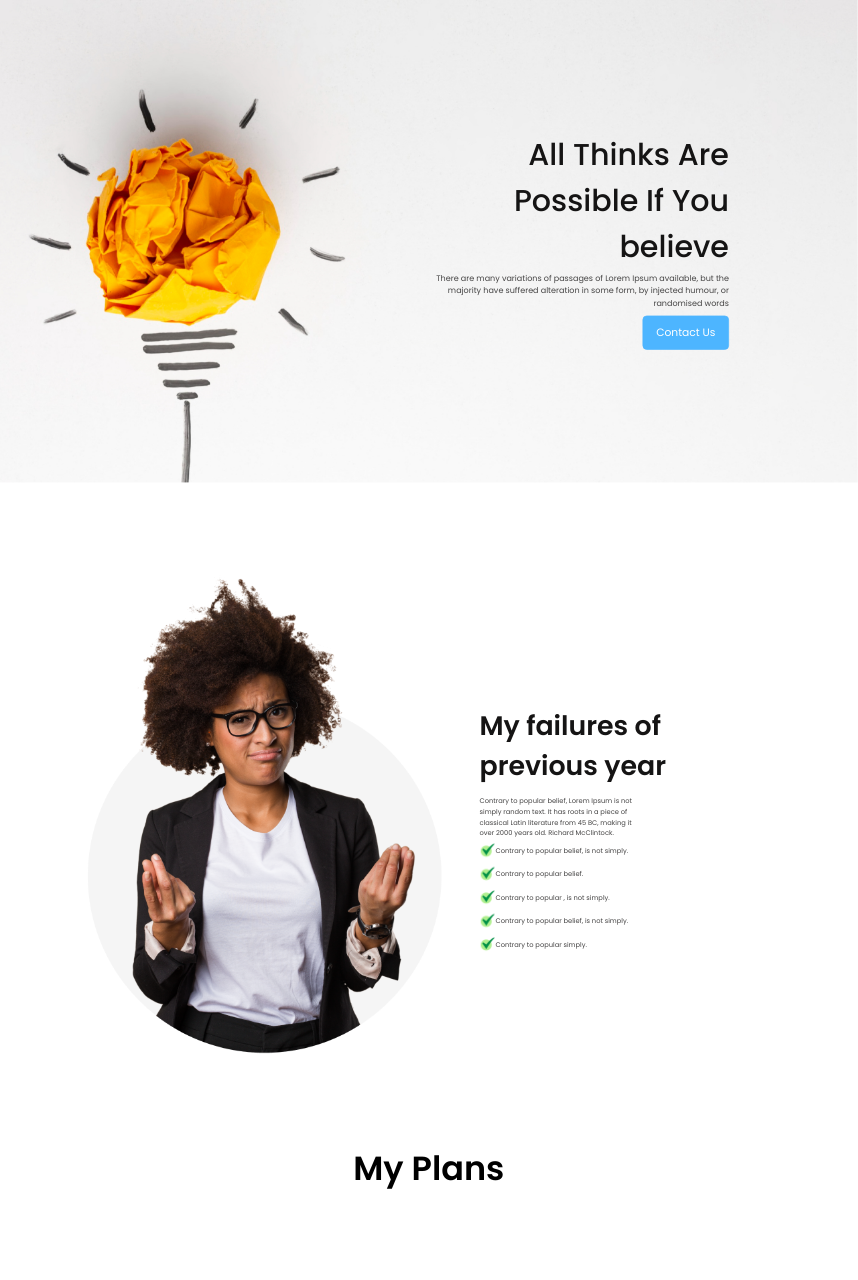
Repository: mdrubel02/new-year-new-mission
Page: index.html
An editor plug-in stored every save of this project. The page is shown before and after the next save, followed by the edit.
The browser window is 1280 px wide. The pictures show the whole page, at 67% of full size.

Above is the page before, as saved 2023-01-06 23:22:43.

### index.html
<!DOCTYPE html>
<html lang="en">

<head>
    <meta charset="UTF-8">
    <meta http-equiv="X-UA-Compatible" content="IE=edge">
    <meta name="viewport" content="width=device-width, initial-scale=1.0">
    <title>new-year-new-mission</title>
    <!-------- css link ---------->
    <link rel="stylesheet" href="/index.css">
</head>

<body>
    <header>
        <!--------- banner section --------->
        <section class="banner_section ">
            <div class="banner">
                <h1>All Thinks Are Possible If You believe</h1>
                <p>There are many variations of passages of Lorem Ipsum available, but the majority have suffered
                    alteration in some form, by injected humour, or randomised words</p>
                <a href="" class="btn btn-primary">Contact Us</a>
            </div>
        </section>
    </header>
    <!------------------ experience section---------------- -->
    <section class="container">
        <div class="experience_section">
            <div class="experience_left">
                <img src="./images/person.png" alt="">
            </div>
            <div class="experience_right">
                <h1>My failures of previous year</h1>
                <p>Contrary to popular belief, Lorem Ipsum is not simply random text. It has roots in a piece of classical Latin literature from 45 BC, making it over 2000 years old. Richard McClintock.</p>
                <ul>
                    <li class="experience-item"><span><img src="/images/check-mark.png" alt=""></span> <p>Contrary to popular belief, is not simply.</p></li>
                    <li class="experience-item"><span><img src="/images/check-mark.png" alt=""></span> <p>Contrary to popular belief.</p></li>
                    <li class="experience-item"><span><img src="/images/check-mark.png" alt=""></span> <p>Contrary to popular , is not simply.</p></li>
                    <li class="experience-item"><span><img src="/images/check-mark.png" alt=""></span> <p>Contrary to popular belief, is not simply.</p></li>
                    <li class="experience-item"><span><img src="/images/check-mark.png" alt=""></span> <p>Contrary to popular simply.</p></li>
                </ul>
            </div>
        </div>

    </section>
    <!---------------- my plans section-------------->
    <section class="container">
        <h1 class="title">My Plans</h1>
        <div class="my_plans_section">
            <div></div>
        </div>

    </section>
</body>

</html>

### index.css
/* =====GOOGLE FONTS====== */
@import url('https://fonts.googleapis.com/css2?family=Poppins:wght@300;400;500;600&display=swap');

/* =====COMMON STYLES====== */
* {
    margin: 0;
    padding: 0;
    border: 0;
    outline: 0;
    list-style: none;
    text-decoration: none;
}

body {
    font-family: 'Poppins', sans-serif;
}

h1,h2,h3,h4,h5,h6 {
    font-weight: 500;
}

.container {
    max-width: 1200px;
    margin: 0 auto;
    margin-top: 10%;
    margin-bottom: 10%;
    padding: 0 30px;
    box-sizing: border-box;
}

a {
    color: #fff;
    transition: all 400ms ease;
}

a:hover {
    color: #fff;
}

.btn {
    text-align: center;
    width: max-content;
    display: inline-block;
    color: #fff;
    padding: 0.75rem 1.2rem;
    border-radius: 0.4rem;
    border: 1px solid #4db5ff;
    transition: all 400ms ease;
}

.btn:hover {
    background: #fff;
    color: #4db5ff;
    border: 1px solid #4db5ff;
}

.btn-primary {
    background: #4db5ff;
    color: #fff;
}

/* ========= Banner section ============== */
.banner_section{
    background-image: url(/images/banner/banner1.png);
    background-repeat: no-repeat;
    background-size: cover;
    background-position: center center;
    height: 100vh;
    width: 100%;
    position: relative;
    z-index: 1;
    display: flex;
    flex-direction: column;
    justify-content: center;
    align-items: flex-end;
    text-align: center;
}
.banner{
    width: 35%;
   margin-top: -0%;
   position: absolute;
   right: 15%;
   display: flex;
   flex-direction: column;
   justify-content: end;
   align-items: flex-end;
}
.banner h1{
    font-size: 45px;
    color: #151414;
    text-align: end;
}
.banner p{
    color: #444343;
    font-size: 12px;
    text-align: end;
    padding-top: 5px;
    padding-bottom: 10px;
}


/* =========== experience section ================== */
.experience_section{
    display: flex;
    justify-content: space-evenly;
    align-items: center;
}
.experience_right{
    width: 40%;
    margin-top: 5%;
}
.experience_right h1{
    font-weight: 700;
    font-size: 40px;
    padding-bottom: 10px;
    color: #151414;
}
.experience_right p{
    width: 50%;
    font-size: 10px;
    color: #444343;
    padding-top: 5px;
    padding-bottom: 5px;
}
.experience-item{
    display: flex;
    padding-bottom: 4px;
}
.experience-item span img{
    height: 24px;
    width: 24px;
}
/* ================= my plans section================ */
.title{
    text-align: center;
    font-size: 50px;
    font-weight: 700;

}
.my_plans_section{}

After the next save:
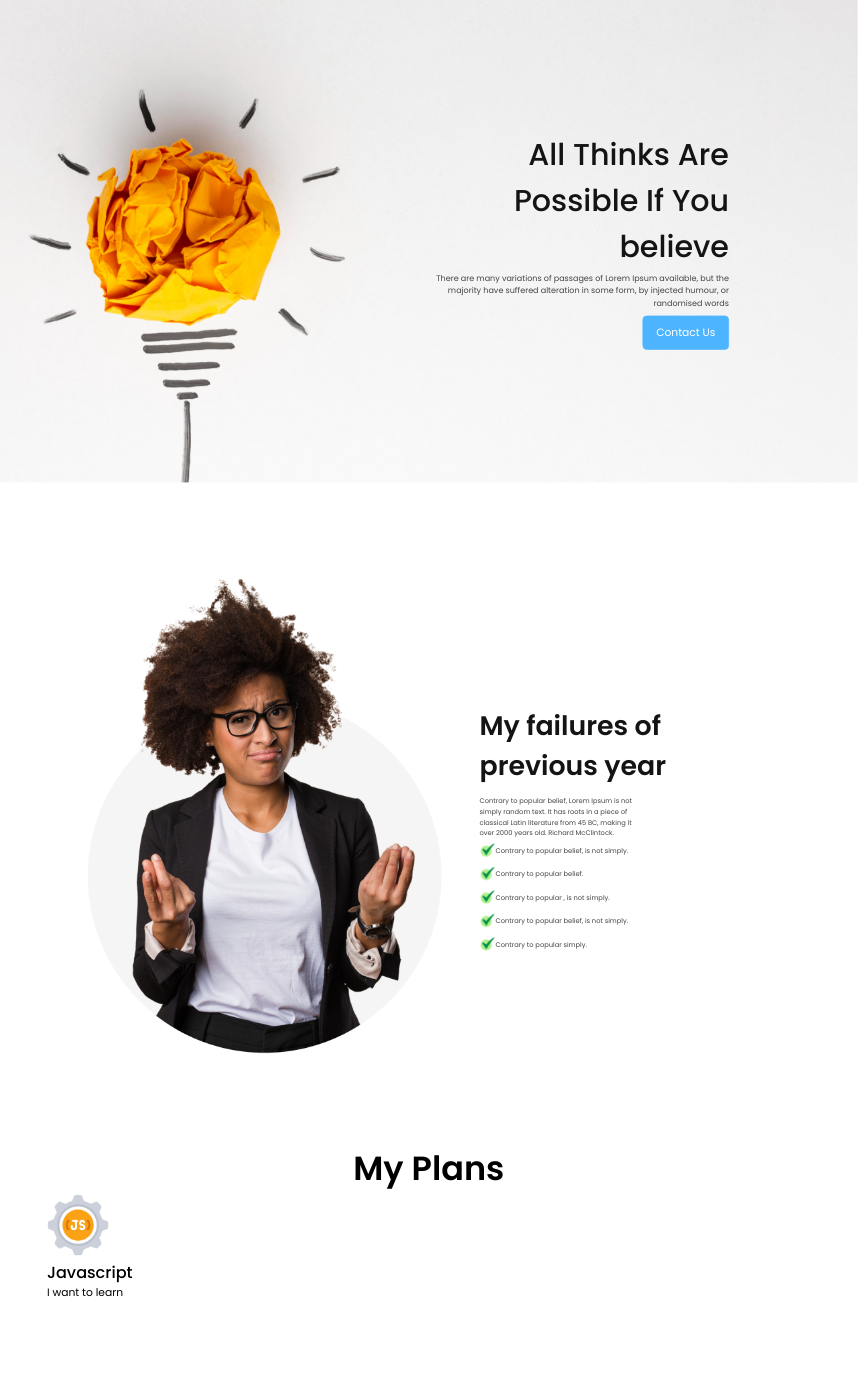
Saved 4 min 5 s later.
--- a/index.html
+++ b/index.html
@@ -46,7 +46,13 @@
     <section class="container">
         <h1 class="title">My Plans</h1>
         <div class="my_plans_section">
-            <div></div>
+            <div class="my_plans_items">
+                <div class="my_plans_itme">
+                    <img src="/images/icons/js.png" alt="">
+                    <h2>Javascript</h2>
+                    <p>I want to learn</p>
+                </div>
+            </div>
         </div>
 
     </section>
